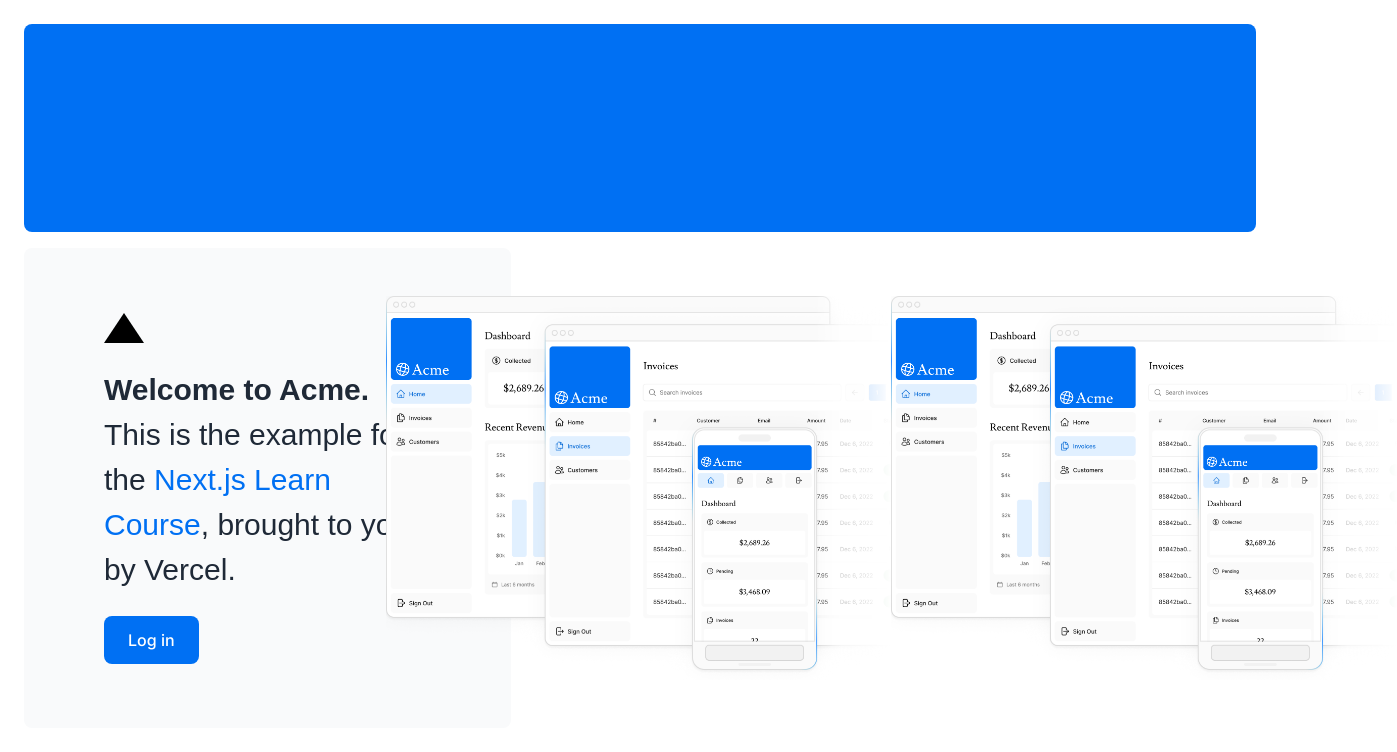
Repository: julietsawyerr/nextjs-dashboard
Page: /
The author's editor kept a copy of each file at every save. The page is drawn from the files as they stood at one save, then again after the next save.
The browser window is 1280 px wide. The page is 1397 px wide, then 1280 px, then 1397 px, so the pictures cover 1397 px, including what lies to the right of the window. The pictures show the whole page.
Some web fonts or font styles are not loaded; a fallback is used. The project was rebuilt for these pictures with package versions that can differ from the ones it lists, and the page was loaded fresh each time. The framework's server and built-in components were replaced by stand-ins that run in the browser. Also part of the build but not shown: next.config.js.

Above is the page before, as saved 2023-11-06 14:20:52.

### app/layout.tsx
import '@/app/ui/global.css'
import {inter} from '@/app/ui/fonts';

export default function RootLayout({
  children,
}: {
  children: React.ReactNode;
}) {
  return (
    <html lang="en">
      <body className={`${inter.className} antialiased`}>{children}</body>
    </html>
  );
}

### app/page.tsx
import AcmeLogo from '@/app/ui/acme-logo';

import Link from 'next/link';
import {lusitana} from '@/app/ui/fonts';
import Image from 'next/image';

export default function Page() {
  return (
    <main className="flex min-h-screen flex-col p-6">
      <div className="flex h-20 shrink-0 items-end rounded-lg bg-blue-500 p-4 md:h-52">
        {/* <AcmeLogo /> */}
      </div>
      <div className="mt-4 flex grow flex-col gap-4 md:flex-row">
        <div className="flex flex-col justify-center gap-6 rounded-lg bg-gray-50 px-6 py-10 md:w-2/5 md:px-20">

        <div className="h-0 w-0 border-b-[30px] border-l-[20px] border-r-[20px] border-b-black border-l-transparent border-r-transparent"/>

          <p className={`${lusitana.className} text-xl text-gray-800 md:text-3xl md:leading-normal`}>
            <strong>Welcome to Acme.</strong> This is the example for the{' '}
            <a href="https://nextjs.org/learn/" className="text-blue-500">
              Next.js Learn Course
            </a>
            , brought to you by Vercel.
          </p>
          <Link
            href="/login"
            className="flex items-center gap-5 self-start rounded-lg bg-blue-500 px-6 py-3 text-sm font-medium text-white transition-colors hover:bg-blue-400 md:text-base"
          >
            <span>Log in</span>
          </Link>
        </div>
        <div className="flex items-center justify-center p-6 md:w-3/5 md:px-28 md:py-12">
          <Image
            src='/hero-desktop.png'
            width={1000}
            height={760}
            alt="Hero image on desktop"
            className='hidden md:block'
          />

          <Image
            src='/hero-desktop.png'
            width={560}
            height={620}
            alt="Hero image on desktop"
            className='hidden md:block'
          />
        </div>
      </div>
    </main>
  );
}

### app/ui/fonts.ts
import { Inter, Lusitana, Advent_Pro } from 'next/font/google';

export const inter = Inter({subsets: ['latin']});

export const lusitana = Lusitana({weight: ['400', '700'], subsets: ['latin']});

export const advent = Advent_Pro({subsets: ['latin']})

Loaded but not shown: app/ui/global.css (common file); tailwind.config.ts (common file)

After the next save:
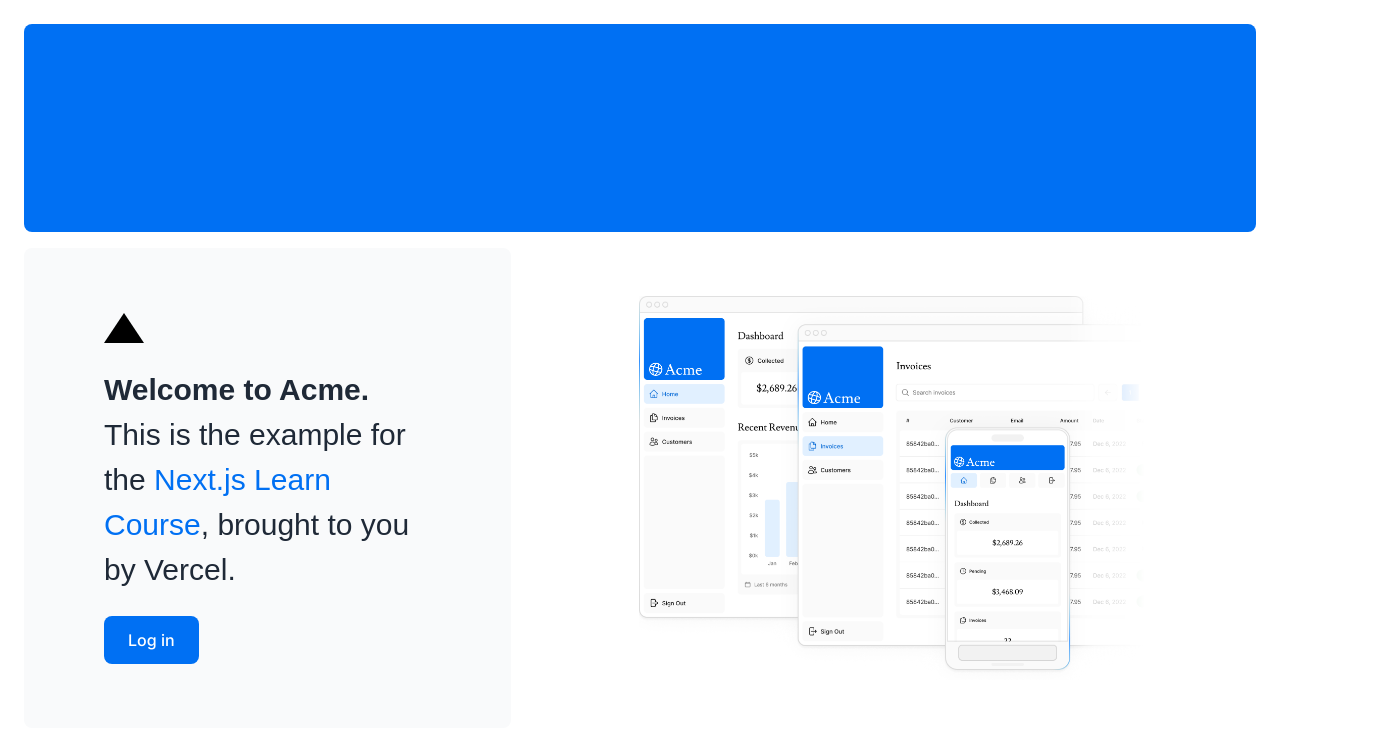
Saved 13 s later.
--- a/app/page.tsx
+++ b/app/page.tsx
@@ -43,7 +43,7 @@
             width={560}
             height={620}
             alt="Hero image on desktop"
-            className='hidden md:block'
+            className='hidden :block'
           />
         </div>
       </div>

After the save that followed:
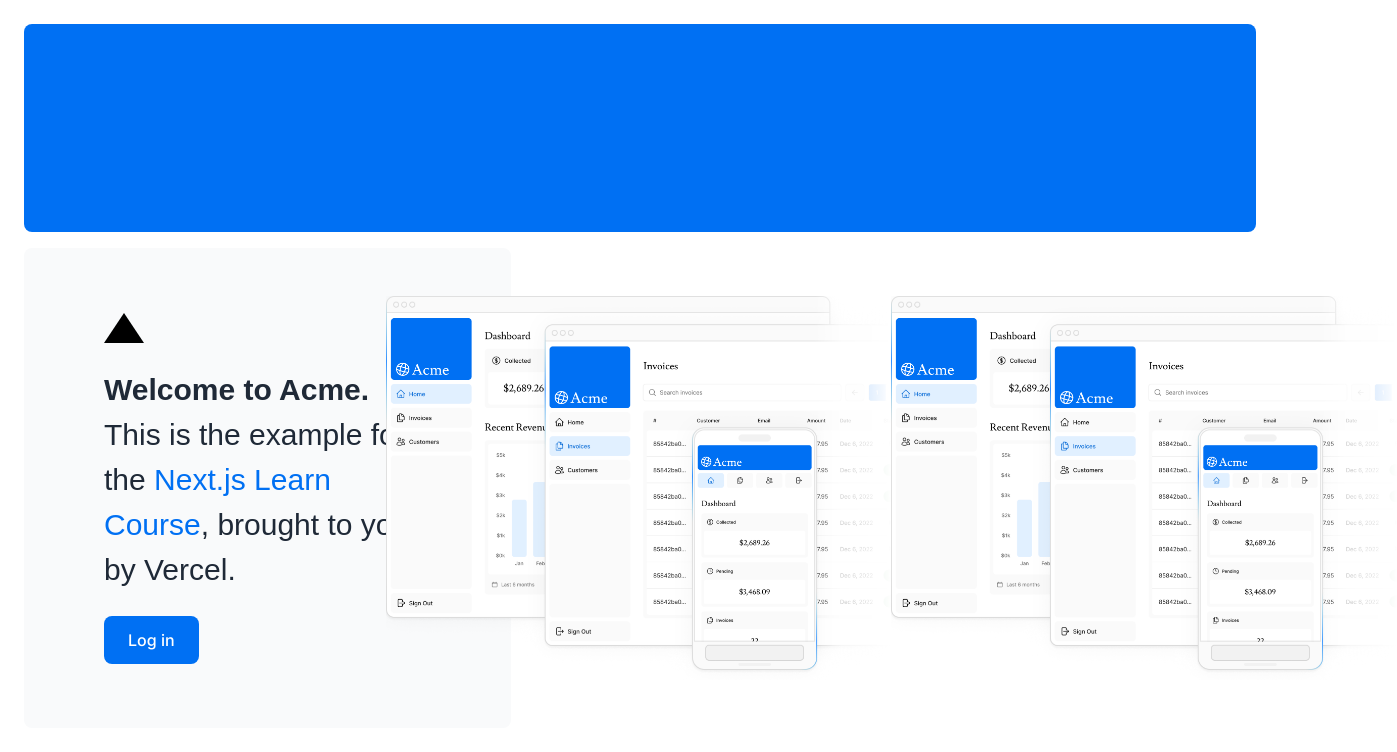
Saved 6 s later.
--- a/app/page.tsx
+++ b/app/page.tsx
@@ -43,7 +43,7 @@
             width={560}
             height={620}
             alt="Hero image on desktop"
-            className='hidden :block'
+            className='hidden sm:block'
           />
         </div>
       </div>
